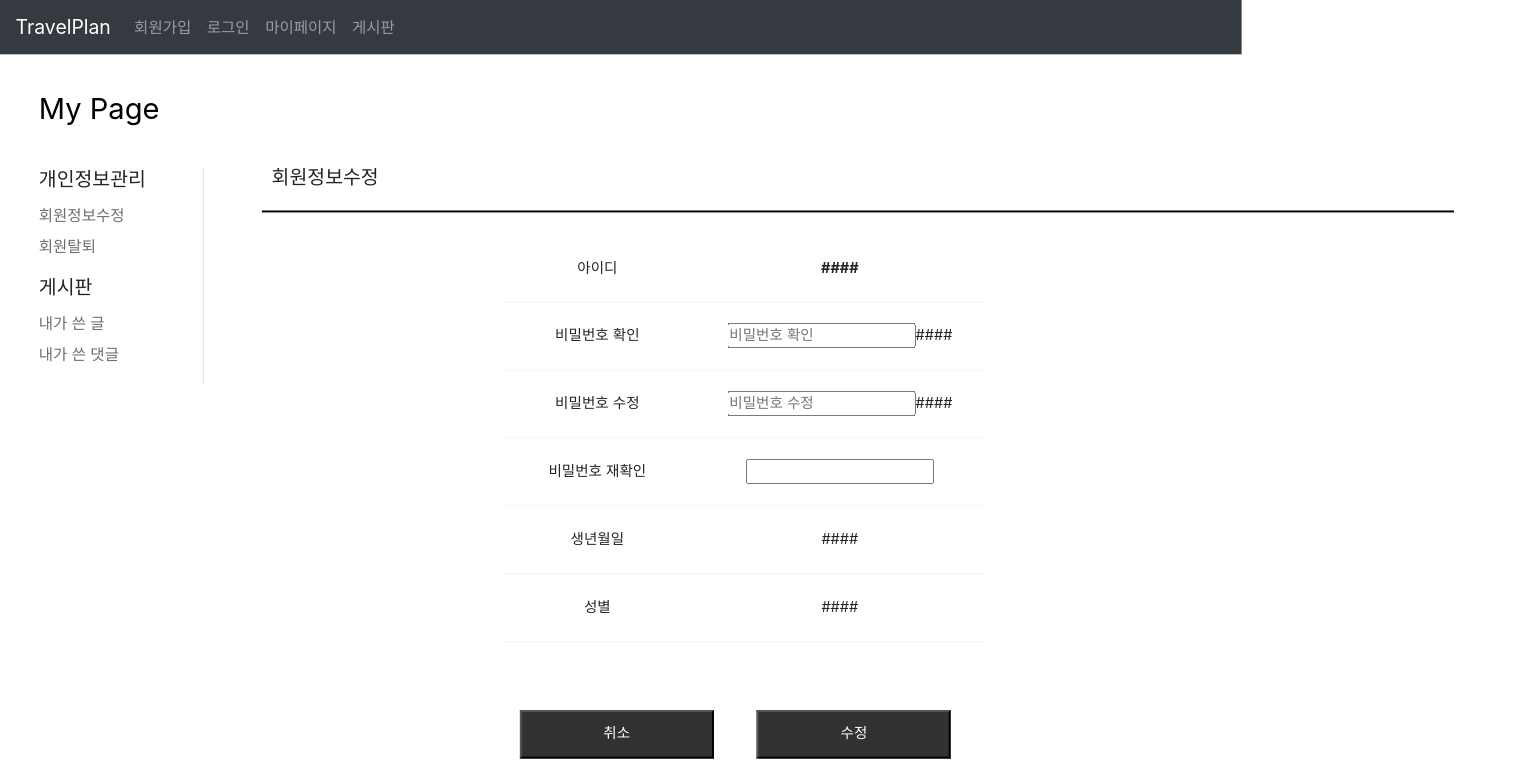
Repository: sna145815/Travel_v1
Page: http://localhost/Travel_v1/mypage
The author's editor kept a copy of each file at every save. The page is drawn from the files as they stood at one save, then again after the next save.
The browser window is 1280 px wide. The page is 1560 px wide, so the pictures cover 1560 px, including what lies to the right of the window. The pictures show the whole page, at 97% of full size.
The page is served by Tomcat 9. Other server files are loaded and not shown. Queries for data that is not in the repository find no rows.

Above is the page before, as saved 2022-11-06 14:37:26.

### Travel_v1/src/main/webapp/WEB-INF/view/mypage.jsp
<%@ page language="java" contentType="text/html; charset=UTF-8"
    pageEncoding="UTF-8"%>
<%@ include file="/layout/header.jsp" %>

<!DOCTYPE html>
<html>
<head>
	<meta charset="UTF-8">
	<style>
		* {
			margin: 0;
			padding: 0;
		}
		#wrap {
			width: auto;
			min-width: 1560px;
			max-width: 1880px;
			padding: 0px 40px;
			margin: 0px auto;
			box-sizing: border-box;
		}
		#sub_header {
			position: relative;
			padding: 0px 0px 10px;
			margin: 0px auto;
		}
		.visual_area {
			padding: 5px 0px 8px;
			font-size: inherit;
			font-weight: normal;
		}
		.txt > a {
			display: inline-block;
			font-size: 30px;
			font-weight: normal;
			color: rgb(0, 0, 0);
		}
		.menu_area {
			float : left;
			width : 270px;
			border-right: 1px solid #ddd;
		}
		.content_right {
			position: absolute;
			left: 270px;
			top: 200;
			right: 0;
			min-width: 1229px;
		}
		.menu_area {
		 	width: 170px;
		 	float: left;
		 	margin: 24px 40px 0px 0px;
		 	font-size: 14px;
		}
		.menu1, .menu2 {
			display: flex;
			flex-direction: column;
			padding-bottom: 15px;
		}
		.update, .delete, .post, .comment {
			display: flex;
			margin-top: 2px;
			font-size: 16px;
			line-height: 30px;
			color: rgb(110, 110, 110);
		}
		.content-right {
			padding: 0;
			float: right;
		}
		.sectiontitle {
			border-bottom: 2px solid #000000;
			padding-left: 10px;
			padding-bottom: 14px;
			margin-top: 22px;
			line-height: 1.5px;
			font-size: 14px;
			position: relative;
		}
		.sectiontable {
			margin-top: 22px;
			padding: 10px;
			font-size: 15px;
			border-collapse: collapse;
			table-layout: fixed;
			margin-left: 20%;
		}
		tr {
			height: 70px;
			padding: 10px;
			box-sizing: border-box;
			border-bottom: 1px solid #f5f5f5;
			text-align: center;
			vertical-align: middle;
			word-break: break-all;
		}
		.button {
			margin-top: 50px;
			margin-left: 20%;
		}
		.btn_cancel, .btn_update {
			width: 200px;
			height: 50px;
			margin: 20px;
			padding: 10px;
			font-size: 15px;
			border-collapse: collapse;
			vertical-align: middle;
			color: rgb(255, 255, 255);
			background-color: rgb(50, 50, 50);
		}
	</style>
</head>
<body>
	<div id="wrap">
		<div id ="header">
			<div class="visual_area">
				<h1 class="txt">
					<a href="/mypage">My Page</a>
				</h1>
			</div>
		</div>
		<div id ="content_area">
			<div class ="content">
				<div class="content_in">
					<!-- 좌측 메뉴 -->
					<nav class="menu_area">
						<div class="menu1">
							<h5>개인정보관리</h5>
							<a href="/mypage" class="update">회원정보수정</a>
							<a href="/deleteuser" class="delete">회원탈퇴</a>
						</div>
						<div class="menu2">
							<h5>게시판</h5>
							<a href="#" class="post">내가 쓴 글</a>
							<a href="#" class="comment">내가 쓴 댓글</a>
						</div>
					</nav>
					<!-- 콘텐츠 내용 -->
					<section class ="content_right">
						<header class="sectiontitle">
							<h5>회원정보수정</h5>
						</header>
						<div>
							<table class="sectiontable">
								<tr>
									<td width=200px>아이디<td>
									<td id="userId" width=300px><strong>####</strong></td>
								</tr>
								<tr>
									<td>비밀번호 확인<td>
									<td><input type="password" id="userPwd" placeholder="비밀번호 확인" size=15>####</td>
								</tr>
								<tr>
									<td>비밀번호 수정<td>
									<td><input type="password" id="upPwd" placeholder="비밀번호 수정" size=15>####</td>
								</tr>
								<tr>
									<td>비밀번호 재확인<td>
									<td><input id="usercPwd" type="password" size=15/></td>
								</tr>
								<tr>
									<td>생년월일<td>
									<td id="userbirth">####</td>
								</tr>
								<tr>
									<td>성별<td>
									<td id="userGender">####</td>
								</tr>
							</table>
						</div>
						<div class="button">
							<span>
								<button type="submit" class="btn_cancel" onclick="location.href='/mypage'">취소</button>
							</span>
							<span>
								<button type="submit" class="btn_update" onclick="location.href='/update'">수정</button>
							</span>
						</div>
					</section>
				</div>
			</div>
		</div>
	</div>
</body>
</html>

### Travel_v1/src/main/webapp/layout/header.jsp
<%@ page language="java" contentType="text/html; charset=UTF-8"
    pageEncoding="UTF-8"%>
<!DOCTYPE html>

<head>
  <title>TravelPlan</title>
  <meta charset="utf-8">
  <meta name="viewport" content="width=device-width, initial-scale=1">
  <link rel="stylesheet" href="https://cdn.jsdelivr.net/npm/bootstrap@4.6.1/dist/css/bootstrap.min.css">
  <script src="https://cdn.jsdelivr.net/npm/jquery@3.6.0/dist/jquery.slim.min.js"></script>
  <script src="https://cdn.jsdelivr.net/npm/popper.js@1.16.1/dist/umd/popper.min.js"></script>
  <script src="https://cdn.jsdelivr.net/npm/bootstrap@4.6.1/dist/js/bootstrap.bundle.min.js"></script>
</head>
<body>

<nav class="navbar navbar-expand-md bg-dark navbar-dark">
  <a class="navbar-brand" href="#">TravelPlan</a>
  <button class="navbar-toggler" type="button" data-toggle="collapse" data-target="#collapsibleNavbar">
    <span class="navbar-toggler-icon"></span>
  </button>
  <div class="collapse navbar-collapse" id="collapsibleNavbar">
    <ul class="navbar-nav">
      <li class="nav-item">
        <a class="nav-link" href="#">회원가입</a>
      </li>
      <li class="nav-item">
        <a class="nav-link" href="/login">로그인</a>
      </li>
      <li class="nav-item">
        <a class="nav-link" href="/mypage">마이페이지</a>
      </li>
      <li class="nav-item">
        <a class="nav-link" href="#">게시판</a>
      </li>
    </ul>
  </div>
</nav>
<br>

### Travel_v1/src/main/java/controller/mypagecontroller.java
package controller;

import java.io.IOException;

import javax.servlet.RequestDispatcher;
import javax.servlet.ServletException;
import javax.servlet.annotation.WebServlet;
import javax.servlet.http.HttpServlet;
import javax.servlet.http.HttpServletRequest;
import javax.servlet.http.HttpServletResponse;
import javax.servlet.http.HttpSession;

import model.usermodel;

import service.userservice;

@WebServlet("/mypage")
public class mypagecontroller extends HttpServlet {
	private static final long serialVersionUID = 1L;


    public mypagecontroller() {

    }


	protected void doGet(HttpServletRequest request, HttpServletResponse response) throws ServletException, IOException {
		HttpSession session = request.getSession();
		String id = (String)session.getAttribute("id");

		usermodel user = new usermodel();

		userservice service = new userservice();

		user = service.Selectuser(id);

		//오류 처리 필요
		request.setAttribute("user", user);
		RequestDispatcher rq = request.getRequestDispatcher("WEB-INF/view/mypage.jsp");
	    rq.forward(request, response);
	}

	protected void doPost(HttpServletRequest request, HttpServletResponse response) throws ServletException, IOException {
		request.setCharacterEncoding("utf-8");
		String pwd = request.getParameter("pwd");
		String uppwd = request.getParameter("uppwd");
		String uppwdr = request.getParameter("pwdr");

		HttpSession session = request.getSession();
		String id = (String) session.getAttribute("id");

		userservice service = new userservice();

		if(service.Checkpwd(pwd, id) == 1)
		{
			if(uppwd.equals(uppwdr))
			{
				if(service.Updatepwd(uppwd, id) == 1)
				{
					request.setAttribute("Result", true);
				}
				else
				{
					request.setAttribute("Result", false);
				}
			}
			RequestDispatcher rq = request.getRequestDispatcher("WEB-INF/view/updateresult.jsp");
		    rq.forward(request, response);
		}
		else
		{
			RequestDispatcher rq = request.getRequestDispatcher("WEB-INF/view/mypage.jsp");
		    rq.forward(request, response);
		}
	}
}

### Travel_v1/src/main/java/model/usermodel.java
package model;

import java.util.Date;

public class usermodel {
	private String id;
	private String pwd;
	private String name;
	private Date date;
	private String gender;


	public usermodel() {

	}


	public String getId() {
		return id;
	}


	public void setId(String id) {
		this.id = id;
	}


	public String getPwd() {
		return pwd;
	}


	public void setPwd(String pwd) {
		this.pwd = pwd;
	}


	public String getName() {
		return name;
	}


	public void setName(String name) {
		this.name = name;
	}


	public Date getDate() {
		return date;
	}


	public void setDate(Date date) {
		this.date = date;
	}


	public String getGender() {
		return gender;
	}


	public void setGender(String gender) {
		this.gender = gender;
	}


}

### Travel_v1/src/main/java/service/userservice.java
package service;


import java.sql.Connection;
import java.sql.Date;
import java.sql.PreparedStatement;
import java.sql.ResultSet;
import java.sql.SQLException;

import config.DB;
import model.usermodel;


public class userservice {

	//회원가입
	public int Signup(usermodel model)
	{
		String sql = "INSERT INTO user VALUES (?,?,?,?,?)";
		Connection conn = DB.getConnection();
		PreparedStatement pstmt = null;

		try
		{
            pstmt = conn.prepareStatement(sql);

            pstmt.setString(1, model.getId());
            pstmt.setString(2, model.getPwd());
            pstmt.setString(3, model.getName());
            pstmt.setDate(4, (Date) model.getDate());
            pstmt.setString(5, model.getGender());

            if(pstmt.executeUpdate() !=1)
            {
                return 0;
            }
            return 1;
        }
		catch(Exception e)
		{
			e.printStackTrace();
			return 0;
		}
		finally
		{
			DB.close(conn,pstmt);
		}
    }

	//비밀번호 변경
	public int Updatepwd(String uppwd, String id)
	{
		String sql = "UPDATE user set password = ? where id = ?";
		Connection conn = DB.getConnection();
		PreparedStatement pstmt = null;

		try
		{
			pstmt = conn.prepareStatement(sql);

            pstmt.setString(1, uppwd);
            pstmt.setString(2, id);

            if(pstmt.executeUpdate() !=1)
            {
                return 0;
            }
            return 1;
        }
		catch(Exception e)
		{
			e.printStackTrace();
			return 0;
		}
		finally
		{
			DB.close(conn,pstmt);
		}
	}

	//비밀번호 확인
	public int Checkpwd(String pwd, String id)
	{
		String sql = "SELECT password from user where id = ?";
		Connection conn = DB.getConnection();
		PreparedStatement pstmt = null;
		ResultSet rs = null;

		try
		{
			pstmt = conn.prepareStatement(sql);

			pstmt.setString(1, id);

			rs = pstmt.executeQuery();

            if (rs.next())
            {
            	if(rs.getString(1).equals(pwd))
            		return 1;
                else
             	   return 0;	 //비밀번호 불일치
             }
             return -1;	//비밀번호 없음
        }
		catch(SQLException e)
		{
			e.printStackTrace();
			return 0;
		}
		finally
		{
			DB.close(conn, pstmt, rs);
		}
	}

	//회원 삭제
	public int Deleteuser(String pwd)
	{
		String sql = "DELETE FROM user where password = ?";
		Connection conn = DB.getConnection();
		PreparedStatement pstmt = null;

		try
		{
            pstmt = conn.prepareStatement(sql);

            pstmt.setString(1, pwd);

            if(pstmt.executeUpdate() !=1)
            {
                return 0;
            }
            return 1;
        }
		catch(Exception e)
		{
			e.printStackTrace();
			return 0;
		}
	}

	//회원 정보 불러오기
	public usermodel Selectuser(String id)
	{
		String sql = "SELECT * FROM user where id = ?";
		Connection conn = DB.getConnection();
		PreparedStatement pstmt = null;
		ResultSet rs = null;

		usermodel user = new usermodel();

		try
		{
			pstmt = conn.prepareStatement(sql);

			pstmt.setString(1, id);

			rs = pstmt.executeQuery();

			while (rs.next())
			{
				user.setId(rs.getString(1));		//id
				user.setPwd(rs.getString(2));		//password
				user.setName(rs.getString(3));		//name
				user.setDate(rs.getDate(4));		//birth
				user.setGender(rs.getString(5));	//gender
			}

			return user;
		}
		catch (Exception e)
		{
			e.printStackTrace();
			return null;
		}
		finally
		{
			DB.close(conn, pstmt, rs);
		}
	}


	//로그인
	public  int findbyuserid(usermodel model)
	{
		String sql = "SELECT password FROM user WHERE id = ?";
		Connection conn=DB.getConnection();
		PreparedStatement pstmt = null;
		ResultSet rs = null;

		try
		{
            pstmt = conn.prepareStatement(sql);

            pstmt.setString(1, model.getId());

            rs = pstmt.executeQuery();
            if (rs.next())
            {
               if (rs.getString(1).equals(model.getPwd()))
            	   return 1;		//로그인 성공
               else
            	   return 0;	//비밀번호 불일치
            }
            return -1;	//아이디가 없음
        }
		catch(SQLException e)
		{
			e.printStackTrace();
			return -2;	//오류
		}
		finally
		{
			DB.close(conn,pstmt,rs);
		}

	}

}

### Travel_v1/src/main/java/config/DB.java
package config;

import java.sql.Connection;
import java.sql.DriverManager;
import java.sql.PreparedStatement;
import java.sql.ResultSet;
import java.sql.SQLException;

public class DB {

	public static Connection getConnection()
	{
		try{
			 String jdbcUrl = "jdbc:mysql://localhost:3306/travel?useUnicode=true&characterEncoding=utf8";
		     String dbId = "root";
		     String dbPass = "1128";

			 Class.forName("com.mysql.cj.jdbc.Driver");
			 Connection con = DriverManager.getConnection(jdbcUrl,dbId ,dbPass);
			 return con;
		  }catch(Exception e){
			 e.printStackTrace();
		  }
		return null;
	}

	public static void close(Connection conn,PreparedStatement pstmt,ResultSet rs)
	{
		try {
			rs.close();
			pstmt.close();
			conn.close();
		} catch (SQLException e) {

			e.printStackTrace();
		}

	}

	public static void close(Connection conn,PreparedStatement pstmt)
	{
		try {
			pstmt.close();
			conn.close();
		} catch (SQLException e) {

			e.printStackTrace();
		}

	}
}

After the next save:
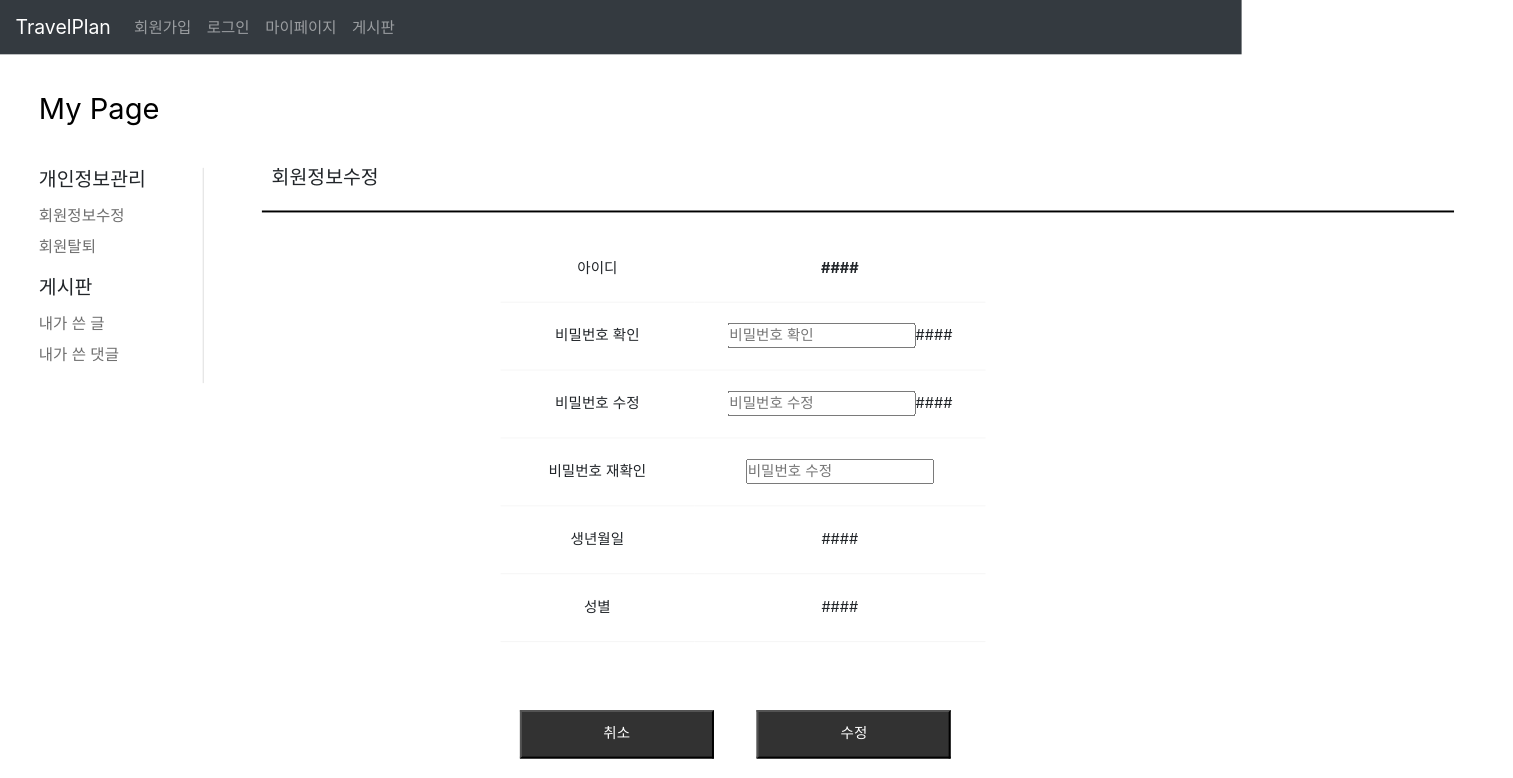
Saved 32 s later.
--- a/Travel_v1/src/main/webapp/WEB-INF/view/mypage.jsp
+++ b/Travel_v1/src/main/webapp/WEB-INF/view/mypage.jsp
@@ -150,15 +150,15 @@
 								</tr>
 								<tr>
 									<td>비밀번호 확인<td>
-									<td><input type="password" id="userPwd" placeholder="비밀번호 확인" size=15>####</td>
+									<td><input type="password" id="userPwd" placeholder="비밀번호 확인" size=15/>####</td>
 								</tr>
 								<tr>
 									<td>비밀번호 수정<td>
-									<td><input type="password" id="upPwd" placeholder="비밀번호 수정" size=15>####</td>
+									<td><input type="password" id="upPwd" placeholder="비밀번호 수정" size=15/>####</td>
 								</tr>
 								<tr>
 									<td>비밀번호 재확인<td>
-									<td><input id="usercPwd" type="password" size=15/></td>
+									<td><input type="password" id="PwdR" placeholder="비밀번호 수정" size=15/></td>
 								</tr>
 								<tr>
 									<td>생년월일<td>
